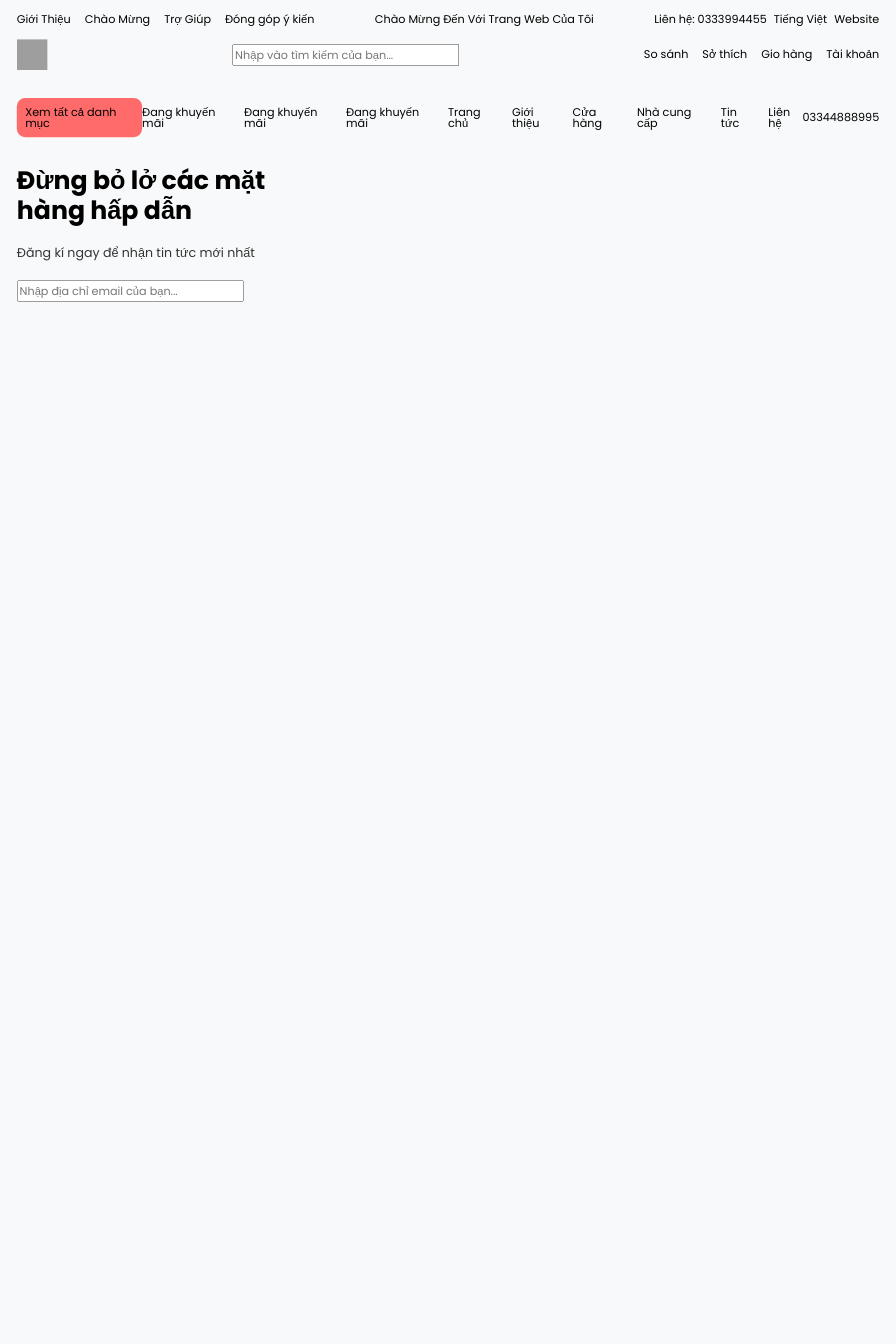
Repository: DucNghia2004/project_pro_01
Page: index.html
The author's editor kept a copy of each file at every save. The page is drawn from the files as they stood at one save, then again after the next save.
The browser window is 1280 px wide. The pictures show the part of the page from y = 0 to 1920 px (the page is 8000 px tall), at 70% of full size.
Pictures or frames that could not be fetched are drawn as grey boxes.

Above is the page before, as saved 2024-05-18 10:44:23.

### index.html
<!DOCTYPE html>
<html lang="en">
    <head>
        <meta charset="UTF-8" />
        <meta name="viewport" content="width=device-width, initial-scale=1.0" />
        <title>Document</title>
        <!-- Reset CSS -->
        <link rel="stylesheet" href="./assets/css/resets.css" />

        <!-- Embed font -->
        <link rel="preconnect" href="https://fonts.googleapis.com" />
        <link rel="preconnect" href="https://fonts.gstatic.com" crossorigin />
        <link
            href="https://fonts.googleapis.com/css2?family=Poppins:ital,wght@0,100;0,200;0,300;0,400;0,500;0,600;0,700;0,800;0,900;1,100;1,200;1,300;1,400;1,500;1,600;1,700;1,800;1,900&display=swap"
            rel="stylesheet"
        />

        <!-- Styles CSS -->
        <link rel="stylesheet" href="./assets/css/styles.css" />
    </head>
    <body>
        <header class="header" style="height: 8000px">
            <div class="container">
                <!--  header__top1 -->
                <div class="header__top1">
                    <!-- Navbar-top1 -->
                    <nav class="navbar__top1">
                        <ul class="navbar__list--top1">
                            <li class="navbar__list--item">Giới Thiệu</li>
                        </ul>
                        <ul class="navbar__list--top1">
                            <li class="navbar__list--item">Chào Mừng</li>
                        </ul>
                        <ul class="navbar__list--top1">
                            <li class="navbar__list--item">Trợ Giúp</li>
                        </ul>
                        <ul class="navbar__list--top1">
                            <li class="navbar__list--item">Đóng góp ý kiến</li>
                        </ul>
                    </nav>
                    <div class="header__top1__desc">
                        Chào Mừng Đến Với Trang Web Của Tôi
                    </div>
                    <div class="contact">
                        <p class="contact__desc">Liên hệ: 0333994455</p>
                        <p class="contact__VN">Tiếng Việt</p>
                        <p class="contact__website">Website</p>
                    </div>
                </div>

                <!-- header__top2 -->
                <div class="header__top2">
                    <!-- Chart -->
                    <img
                        src="https://genk.mediacdn.vn/thumb_w/640/N0WoyYblO3QdmZFKPMtKnadHAHTevz/Image/2011/Duc-Toan/avatar1_ea6e2.jpg"
                        alt=""
                        class="chart__img"
                    />
                    <!-- Form -->
                    <form action="" class="search__form">
                        <input
                            type="text"
                            name=""
                            id=""
                            placeholder="Nhập vào tìm kiếm của bạn..."
                        />
                        <i class="fa-solid fa-magnifying-glass"></i>
                    </form>

                    <!-- Icon shop -->
                    <div class="Icon__shop">
                        <div class="info__icon">
                            <i class="fa-solid fa-sack-dollar"></i>
                            <p>So sánh</p>
                        </div>
                        <div class="info__icon">
                            <i class="fa-regular fa-heart"></i>
                            <p>Sở thích</p>
                        </div>
                        <div class="info__icon">
                            <i class="fa-solid fa-cart-shopping"></i>
                            <p>Gio hàng</p>
                        </div>
                        <div class="info__icon">
                            <i class="fa-solid fa-receipt"></i>
                            <p>Tài khoản</p>
                        </div>
                    </div>
                </div>

                <div class="header__top3">
                    <!-- Btn -->
                    <div class="header__btn">
                        <a href="#!" class="btn__link">Xem tất cả danh mục</a>
                    </div>
                    <!-- menu -->
                    <nav class="navbar__menu">
                        <ul class="nav__menu--list">
                            <li class="nav__menu--item">
                                <a href="#!" class="navbar__menu__link"
                                    >Đang khuyến mãi</a
                                >
                            </li>
                        </ul>
                        <ul class="nav__menu--list">
                            <li class="nav__menu--item">
                                <a
                                    href="#!"
                                    class="navbar__menu__link navbar__active"
                                    >Đang khuyến mãi</a
                                >
                            </li>
                        </ul>
                        <ul class="nav__menu--list">
                            <li class="nav__menu--item">
                                <a href="#!" class="navbar__menu__link"
                                    >Đang khuyến mãi</a
                                >
                            </li>
                        </ul>
                        <ul class="nav__menu--list">
                            <li class="nav__menu--item">
                                <a href="#!" class="navbar__menu__link"
                                    >Trang chủ</a
                                >
                            </li>
                        </ul>
                        <ul class="nav__menu--list">
                            <li class="nav__menu--item">
                                <a href="#!" class="navbar__menu__link"
                                    >Giới thiệu</a
                                >
                            </li>
                        </ul>
                        <ul class="nav__menu--list">
                            <li class="nav__menu--item">
                                <a href="#!" class="navbar__menu__link"
                                    >Cửa hàng</a
                                >
                            </li>
                        </ul>
                        <ul class="nav__menu--list">
                            <li class="nav__menu--item">
                                <a href="#!" class="navbar__menu__link"
                                    >Nhà cung cấp</a
                                >
                            </li>
                        </ul>
                        <ul class="nav__menu--list">
                            <li class="nav__menu--item">
                                <a href="#!" class="navbar__menu__link"
                                    >Tin tức</a
                                >
                            </li>
                        </ul>
                        <ul class="nav__menu--list">
                            <li class="nav__menu--item">
                                <a href="#!" class="navbar__menu__link"
                                    >Liên hệ</a
                                >
                            </li>
                        </ul>
                    </nav>

                    <!-- contact__menu -->
                    <div class="contact__menu">
                        <div class="contact__phone">
                            <i class="fa-solid fa-phone-volume"></i>
                            <p>03344888995</p>
                        </div>
                    </div>
                </div>

                <div class="hero"></div>
                <div class="hero__inner">
                    <div class="hero__left">
                        <p class="hero__heading">
                            Đừng bỏ lở các mặt hàng hấp dẫn
                        </p>
                        <p class="hero__desc">
                            Đăng kí ngay để nhận tin tức mới nhất
                        </p>
                    </div>
                    <form action="" class="hero__form">
                        <input
                            type="email"
                            name=""
                            id=""
                            placeholder="Nhập địa chỉ email của bạn..."
                            class="hero__input"
                        />
                    </form>

                    <div class="hero__right"></div>
                </div>
            </div>
        </div>
            </div>
        </header>

    </div>
    </body>
</html>

### assets/css/styles.css
* {
    box-sizing: border-box;
}

html {
    font-size: 62.5%;
}

body {
    font-size: 1.6rem;
    font-family: "Poppins", sans-serif;
}

input,
textarea,
select,
button {
    font-size: inherit;
    font-family: inherit;
}

.container {
    width: 1900px;
    max-width: calc(100% - 48px);
    margin: 0 auto;
}

/* Header__top1 */
header {
    padding: 20px 0;
    background-color: #f8f9fa;
}

.header__top1 {
    display: flex;
    justify-content: space-between;
}

.navbar__top1 {
    display: flex;
    column-gap: 20px;
}

.contact {
    display: flex;
    column-gap: 10px;
}

/* Header__top2 */
.header__top2 {
    display: flex;
    justify-content: space-between;
    align-items: center;
    padding: 20px 0;
    background-color: #f8f9fa;
}

.chart__img {
    width: 44px;
    height: 44px;
}

.search-form {
    display: flex;
    align-items: center;
    column-gap: 10px;
    width: 100%;
}

.Icon__shop {
    display: flex;
    column-gap: 20px;
}

/* Header__top3 */
.header__top3 {
    display: flex;
    justify-content: space-between;
    align-items: center;
    padding: 20px 0;
    background-color: #f8f9fa;
}

.btn__link {
    text-decoration: none;
    color: #000;
}

.header__btn {
    padding: 12px;
    background-color: #ff6b6b;
    border-radius: 12px;
}

.header__btn:hover {
    background-color: #ff8787;
}

.navbar__menu {
    display: flex;
    column-gap: 20px;
}

.navbar__menu__link {
    color: #000;
    text-decoration: none;
}

.navbar__menu__link:hover {
    color: #ff6b6b;
}

/* Hero */
.hero {
    padding-top: 20px;
}

.hero__left {
    width: 60%;
}

.hero__heading {
    width: 400px;
    font-size: 3.6rem;
    font-weight: 700;
    line-height: 1.2;
    color: #000;
}

.hero__desc {
    padding-top: 30px;
    font-size: 1.8rem;
    color: #333;
}

.hero__form {
    padding: 30px 0;
}

Loaded but not shown: assets/css/resets.css (common file)

After the next save:
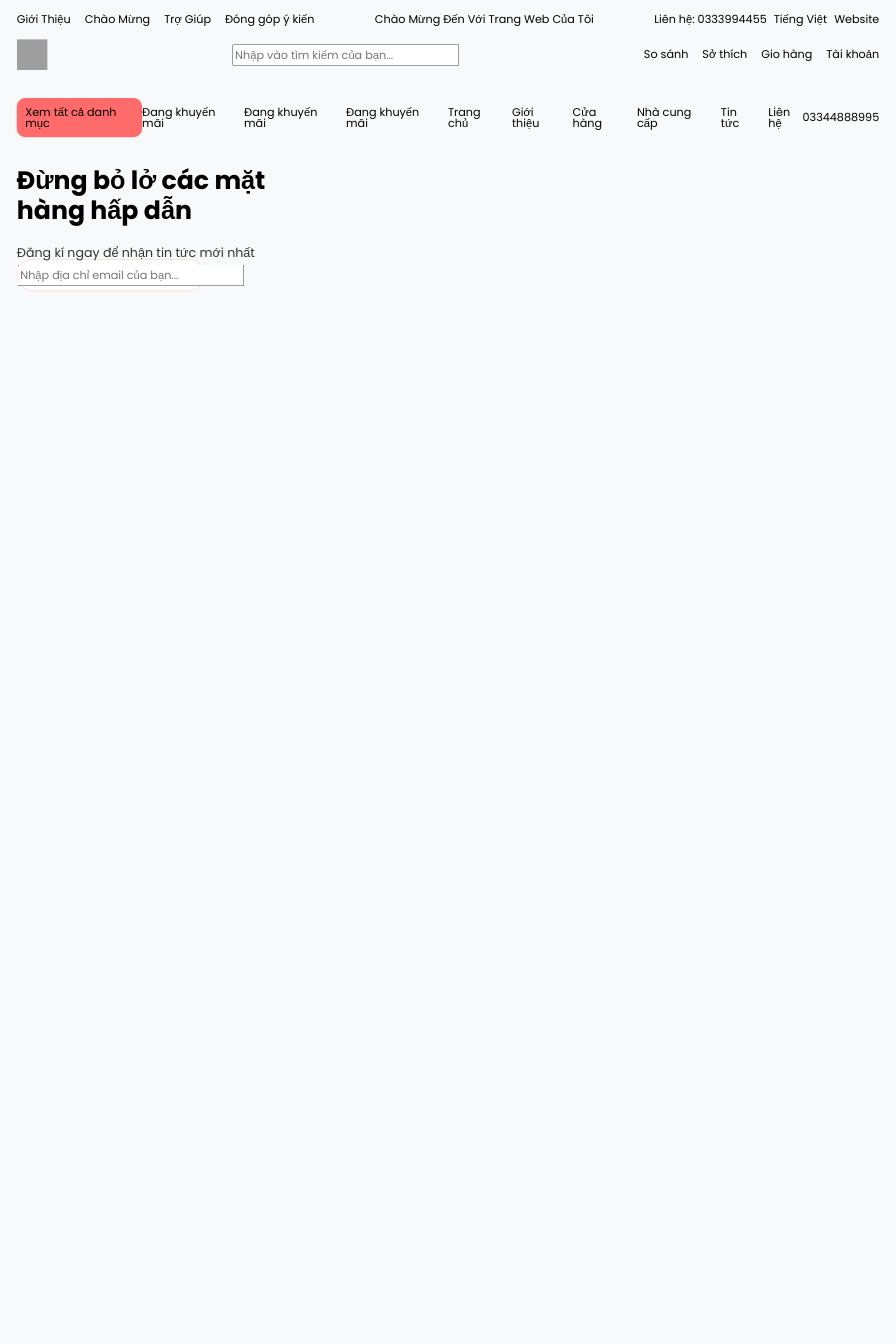
Saved 43 s later.
--- a/assets/css/styles.css
+++ b/assets/css/styles.css
@@ -134,5 +134,12 @@ header {
 }
 
 .hero__form {
-    padding: 30px 0;
+    display: flex;
+    align-items: center;
+    justify-content: space-between;
+    width: 268px;
+    height: 46px;
+    border-radius: 99px;
+    border: 1px solid #ff5b2e40;
+    background: #fff;
 }
